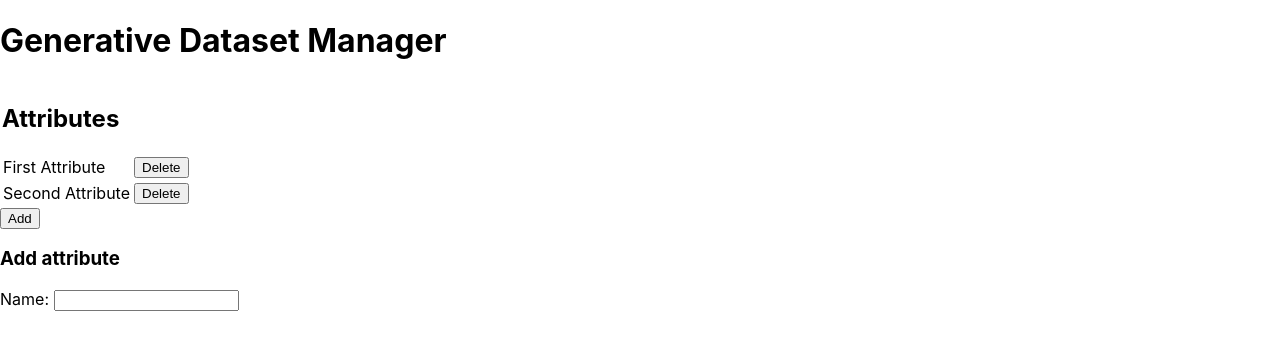
Repository: DaiWelsh/generatrive-ui
Page: /, after clicking the first element matching `div > button`
An editor plug-in stored every save of this project. The page is shown before and after the next save, followed by the edit.
The browser window is 1280 px wide. The pictures show the whole page.
The project was rebuilt for these pictures with package versions that can differ from the ones it lists, and the page was loaded fresh each time. Also part of the build but not shown: src/App.css.

Above is the page before, as saved 2021-10-10 12:53:58.

### src/App.js
import './App.css';
import Dataset from './components/Dataset';
import DatasetState from './context/dataset/DatasetState';

function App() {
  console.log('*** App Render ***');

  return (
    <div>
      <h1>Generative Dataset Manager</h1>
      <DatasetState>
        <Dataset />
      </DatasetState>
    </div>
  );
}

export default App;

### src/components/Dataset.js
import React, { useContext, Fragment, useState } from 'react'
import DatasetContext from '../context/dataset/datasetContext'

export default function Dataset() {
  console.log('*** Dataset Render ***');

  const [adding, setAdding] = useState(false);
  const [newName, setNewName] = useState('');
  const datasetContext = useContext(DatasetContext);
  const attributes = datasetContext.attributes;

  console.log('attributes', attributes);

  const deleteAttribute = (id) => {
    console.log(`delete attribute ${id}`);
  };

  const addAttribute = () => {
    console.log(`add attribute`);
    setAdding(true);
  };

  return (
    <Fragment>
      <table>
        <h2>Attributes</h2>
        {attributes.map((attr) => (
          <tr key={attr.id}>
            <td>{attr.name}</td>
            <td>
              <button onClick={() => deleteAttribute(attr.id)}>
                Delete
              </button>
            </td>
          </tr>
        ))}
      </table>
      <button onClick={() => addAttribute()}>
        Add
      </button>
      {adding &&
        <form>
          <h3>Add attribute</h3>
          Name: <input type="text" name="name" value={newName} onChange={(e) => setNewName(e.target.value)}/>
        </form>
      }
    </Fragment>
  );
}

### src/context/dataset/DatasetState.js
import React, { useReducer } from 'react';
import datasetContext from './datasetContext';
import datasetReducer from './datasetReducer';
import initialState from './initialState';
import { ADD_ATTRIBUTE, REMOVE_ATTRIBUTE } from '../types';

const DatasetState = props => {
  console.log('*** DatasetState Render ***');

  const [state, dispatch] = useReducer(datasetReducer, initialState);

  const addAttribute = (payload) => dispatch({ type: ADD_ATTRIBUTE, payload });
  const removeAttribute = (payload) => dispatch({ type: REMOVE_ATTRIBUTE, payload });

  const getAttributes = () => state.attributes;
  const getName = () => state.name;

  return <datasetContext.Provider value={{
    name: state.name,
    attributes: state.attributes,
    getName,
    getAttributes,
    addAttribute,
    removeAttribute,
  }}>
    {props.children}
  </datasetContext.Provider>
}

export default DatasetState;

### src/context/dataset/datasetContext.js
import { createContext } from 'react';

const datasetContext = createContext();

export default datasetContext;

### src/context/dataset/datasetReducer.js
import { ADD_ATTRIBUTE, REMOVE_ATTRIBUTE } from '../types';

const reducer = (state, action) => {
  console.log('datasetReducer', state, action);
  switch (action.type) {
    default:
      return state;
  }
}

export default reducer;

### src/context/dataset/initialState.js
const initialState = {
  name: 'test dataset',
  attributes: [
    {
      id: 'hashvalueattr1',
      name: 'First Attribute',
      values: [
        {
          id: 'hashvalue1',
          name: 'First attr value a',
          category: false,
          fileName: 'first/a.jpg',
          probability: 0.7,
        },
        {
          id: 'hashvalue2',
          name: 'First attr value b',
          category: false,
          fileName: 'first/b.jpg',
          probability: 0.3,
        },
      ],
    },
    {
      id: 'hashvalueattr2',
      name: 'Second Attribute',
      values: [
        {
          id: 'hashvalue3',
          name: 'Second attr value 1',
          category: false,
          fileName: 'second/1.jpg',
          probability: 0.1,
        },
        {
          id: 'hashvalue4',
          name: 'Second attr category 1',
          category: true,
          fileName: null,
          probability: 0.9,
          values: [
            {
              id: 'hashvalue5',
              name: 'Second attr cat 1 value 1',
              category: false,
              fileName: 'second/1/1.jpg',
              probability: 0.6,
            },
            {
              id: 'hashvalue6',
              name: 'Second attr cat 1 value 2',
              category: false,
              fileName: 'second/1/2.jpg',
              probability: 0.4,
            },
          ]
        },
      ],
    },
  ],
};

export default initialState;

### src/context/types.js
// dataset state
export const ADD_ATTRIBUTE = 'ADD_ATTRIBUTE';
export const REMOVE_ATTRIBUTE = 'REMOVE_ATTRIBUTE';

Loaded but not shown: public/index.html (common file); src/index.js (common file); src/index.css (common file); src/reportWebVitals.js (common file)

After the next save:
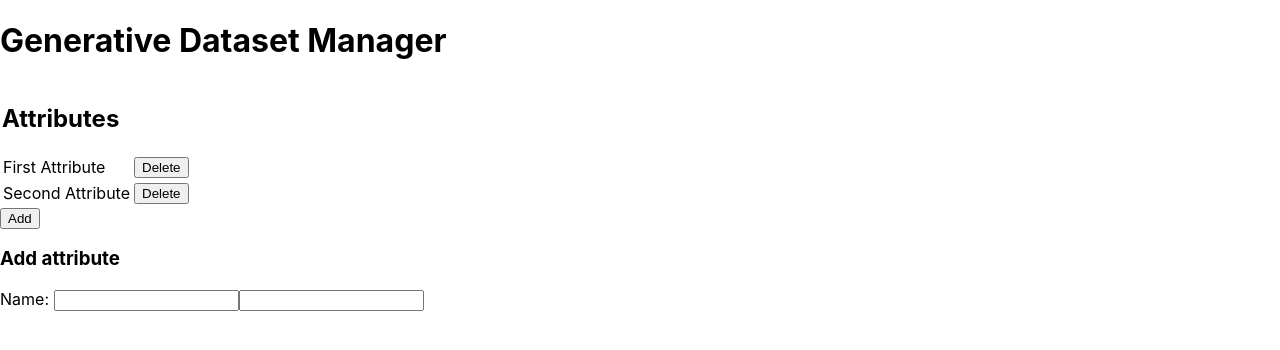
Saved 23 s later.
--- a/src/components/Dataset.js
+++ b/src/components/Dataset.js
@@ -42,6 +42,7 @@ export default function Dataset() {
         <form>
           <h3>Add attribute</h3>
           Name: <input type="text" name="name" value={newName} onChange={(e) => setNewName(e.target.value)}/>
+          <input type="text" name="name" value={newName} onChange={(e) => setNewName(e.target.value)}/>
         </form>
       }
     </Fragment>
